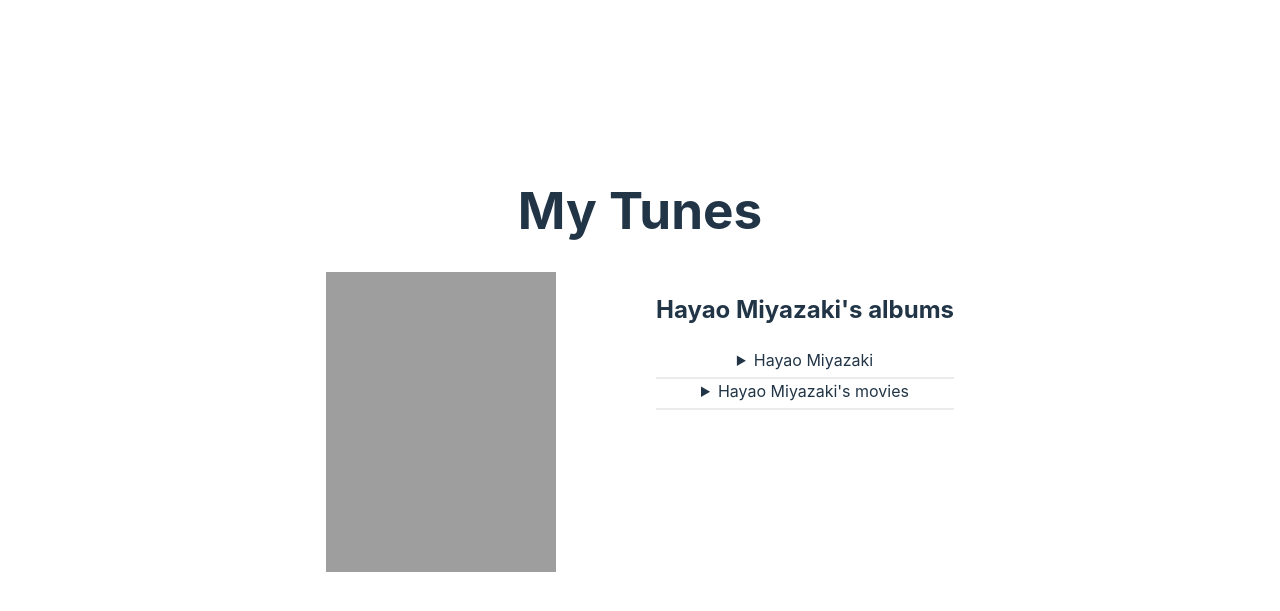
Repository: SamanthaYan298/my_app
Page: /
An editor plug-in stored every save of this project. The page is shown before and after the next save, followed by the edit.
The browser window is 1280 px wide. The pictures show the whole page.
Pictures or frames that could not be fetched are drawn as grey boxes. The project was rebuilt for these pictures with package versions that can differ from the ones it lists, and the page was loaded fresh each time. Also part of the build but not shown: vite.config.js.

Above is the page before, as saved 2024-09-13 13:23:54.

### src/App.jsx
import './App.css';

function App() {

  return (
    <>
      <div className='title'>
        <h1>My Tunes</h1>
        <div className="all">
        <div className='photo'>
          <img src="https://www.hollywoodreporter.com/wp-content/uploads/2013/09/hayao_miyazaki_-_h_-_2013.jpg?w=1024" alt="Hayao Miyazaki" height={300} width={230}/>
        </div>
        <div>
          <h2>Hayao Miyazaki's albums</h2>
          <details className='categories' onClick="changeColor">
            <summary>Hayao Miyazaki</summary>
            <ol>
              <li>Japanese animator</li>
              <li>Filmmaker</li>
              <li>Manga artist</li>
              <li>A founder of Studio Ghibli</li>
              <li>Oscar awards: 89 wins & 62 nominations</li>
            </ol>
          </details>
          <details className='categories'>
            <summary>Hayao Miyazaki's movies</summary>
            <ol>
              <li>Castle in the Sky</li>
              <li>Kiki's Delivery Service</li>
              <li>Howl's Moving Castle</li>
              <li>Princess Mononoke</li>
              <li>Spirited Away</li>
            </ol>
          </details>
        </div>
      </div>
      </div>
    </>
  )
}

export default App

### src/App.css
#root {
  margin: 0 auto;
  padding: 1rem;
  text-align: left;
}

.photo,
.all {
  display: flex;
  flex-direction: row;
  justify-content: space-between;
  gap: 100px;
}

.title {
  text-align: center;
}

.categories {
  border-bottom: 2px solid rgb(235, 235, 235);
  padding-bottom: 5px;
}

Loaded but not shown: index.html (common file); src/main.jsx (common file); src/index.css (common file)

After the next save:
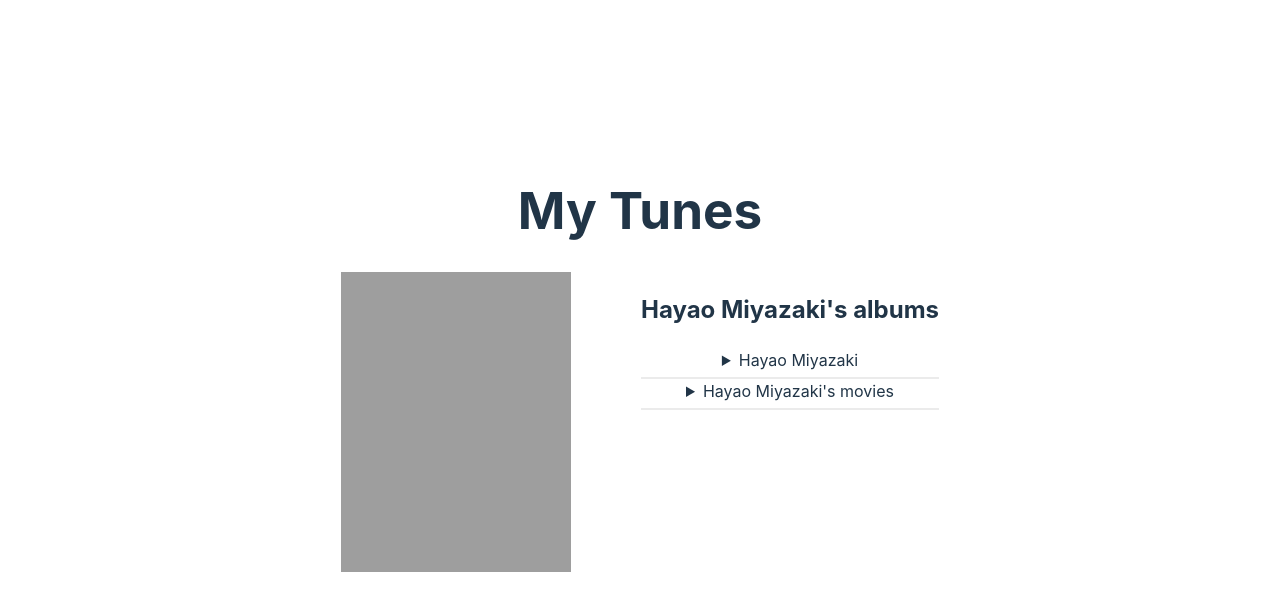
Saved 22 s later.
--- a/src/App.css
+++ b/src/App.css
@@ -9,7 +9,7 @@
   display: flex;
   flex-direction: row;
   justify-content: space-between;
-  gap: 100px;
+  gap: 70px;
 }
 
 .title {
